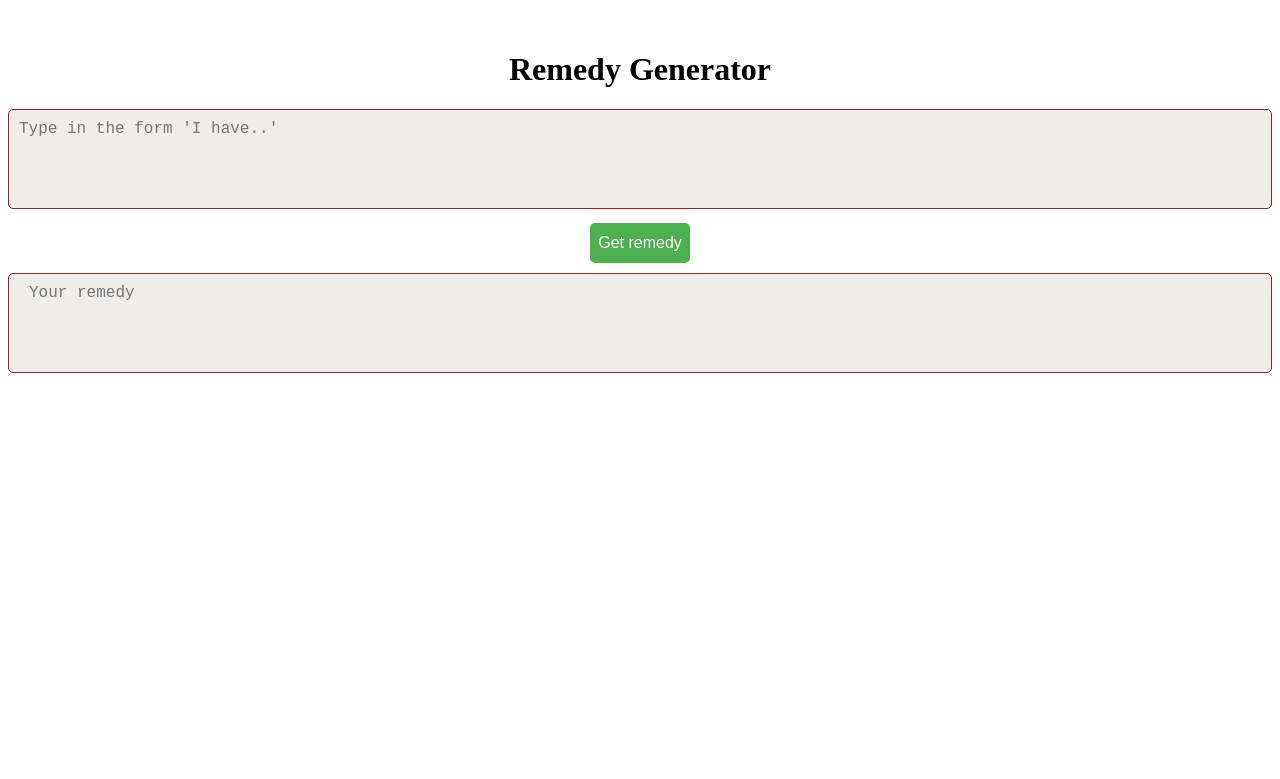
Repository: krutarthh/Ayurvedic-Remedy
Page: index.html
These files come from the project's save history. The page is drawn as it stood at one moment and after the next save; the edit follows.
The browser window is 1280 px wide. The pictures show the whole page.

Above is the page before, as saved 2024-04-06 17:33:39.

### index.html
<!DOCTYPE html>
<html>
  <head>

    <script type="importmap">
      {
        "imports": {
          "@google/generative-ai": "https://esm.run/@google/generative-ai"
        }
      }
    </script>
  </head>
  <body>
  <div class="container">
    <h1>Remedy Generator</h1>
    <link rel="stylesheet" href="app.css">
    <div>
      <textarea id="user_input" placeholder="Type in the form 'I have..'" type="container"></textarea>
    </div>
    <div>


    <button id="Send" type="container">Get remedy</button>
    </div>
    <div>
      <textarea id="answer" placeholder="Your remedy"type="container"></textarea>
    </div>
  </div>
    <script type="module" src="app.js"></script>
  </body>
</html>

### app.css
/* app.css */

.container {
    margin-top: 4%;
    flex-direction: column;
    align-items: center;
    justify-content: center;
    height: 100vh;
    text-align: center;
}

#user_input,
#answer {
    width: 100%;
    padding: 10px;
    font-size: 16px;
    border: 1px solid #992424;
    background: #efecec;
    border-radius: 5px;
    box-sizing: border-box;
    resize: none;
    height: 100px;
    margin: 0 auto;
}

#user_input {
    margin-bottom: 10px;
}

#Send {
    width: 100px;
    height: 40px;
    background-color: #4CAF50;
    color: white;
    border: none;
    border-radius: 5px;
    font-size: 16px;
    cursor: pointer;
}

#answer {
    padding-left: 20px;
    margin-top: 10px;
}

### app.js
import { GoogleGenerativeAI } from "@google/generative-ai";


const API_KEY = "AIzaSyDBtZZsASIYVyQiLgik32sfZeJjd2X8IPQ";


const genAI = new GoogleGenerativeAI(API_KEY);

const model = genAI.getGenerativeModel({ model: "gemini-pro" });


const user_input = document.getElementById("user_input");
const answer_area = document.getElementById("answer");
const send_button = document.getElementById("Send");

send_button.addEventListener("click", async () => {
    const question = user_input.value;
    const answer = await generateText(question + "give me a ayurvedic remidy, the answer should be short and specific behave like a chatbot dont format your answers just give simple text answers.");
    answer_area.textContent = answer;
});

async function generateText(prompt) {

    const result = await model.generateContent(prompt);
    const response = await result.response;
    const text = await response.text();
    return text;
}

After the next save:
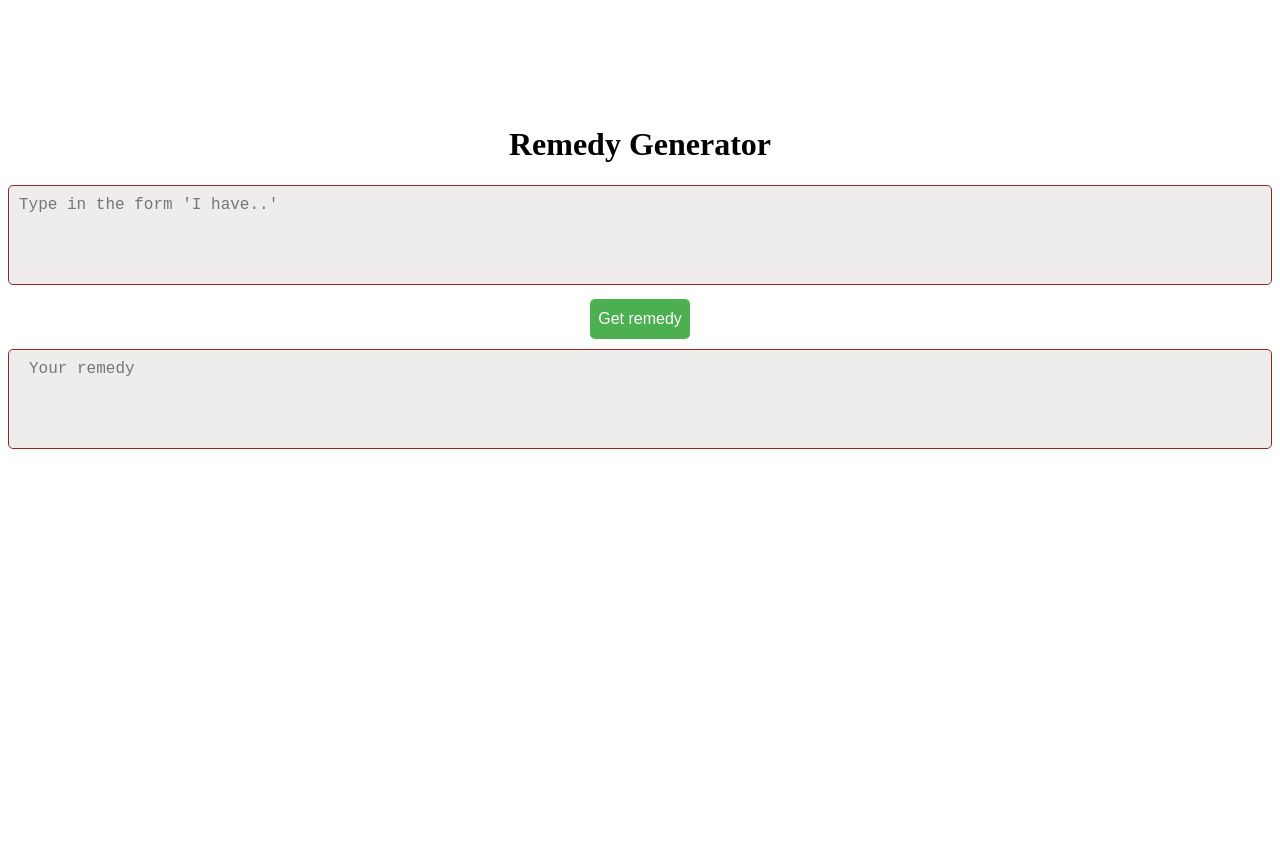
Saved 6 s later.
--- a/app.css
+++ b/app.css
@@ -1,7 +1,7 @@
 /* app.css */
 
 .container {
-    margin-top: 4%;
+    margin-top: 10%;
     flex-direction: column;
     align-items: center;
     justify-content: center;
